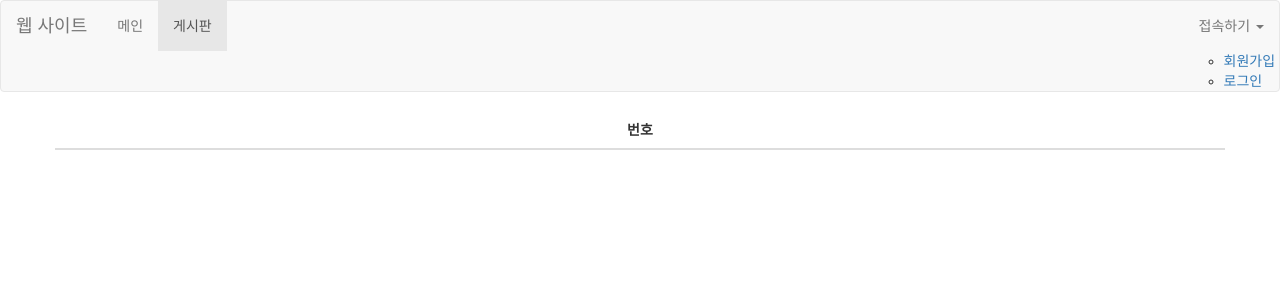
Repository: hayeon/JSP_BBS
Page: http://localhost/BBS/bbs.jsp
An editor plug-in stored every save of this project. The page is shown before and after the next save, followed by the edit.
The browser window is 1280 px wide. The pictures show the whole page.
The page is served by Tomcat 9.

Above is the page before, as saved 2021-07-24 13:21:37.
Console error (its wording comes from the project's code and is left out).

After the next save:
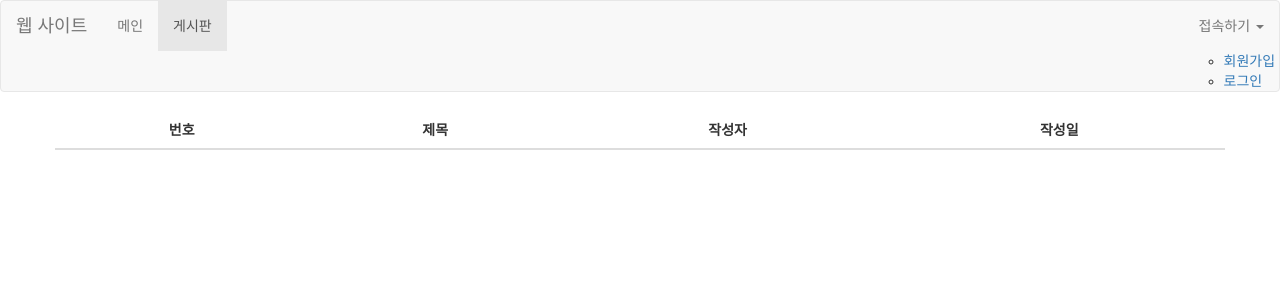
Saved 78 s later.
--- a/notice_board/BBS/WebContent/bbs.jsp
+++ b/notice_board/BBS/WebContent/bbs.jsp
@@ -85,8 +85,13 @@
 			<thead>
 			<tr>
 				<th style="background-color: #eeeee; text-align: center;">번호</th>
+				<th style="background-color: #eeeee; text-align: center;">제목</th>
+				<th style="background-color: #eeeee; text-align: center;">작성자</th>
+				<th style="background-color: #eeeee; text-align: center;">작성일</th>
 
+			</tr>
 		</table>
+		</thead>
 		</div>
 	</div>
 
